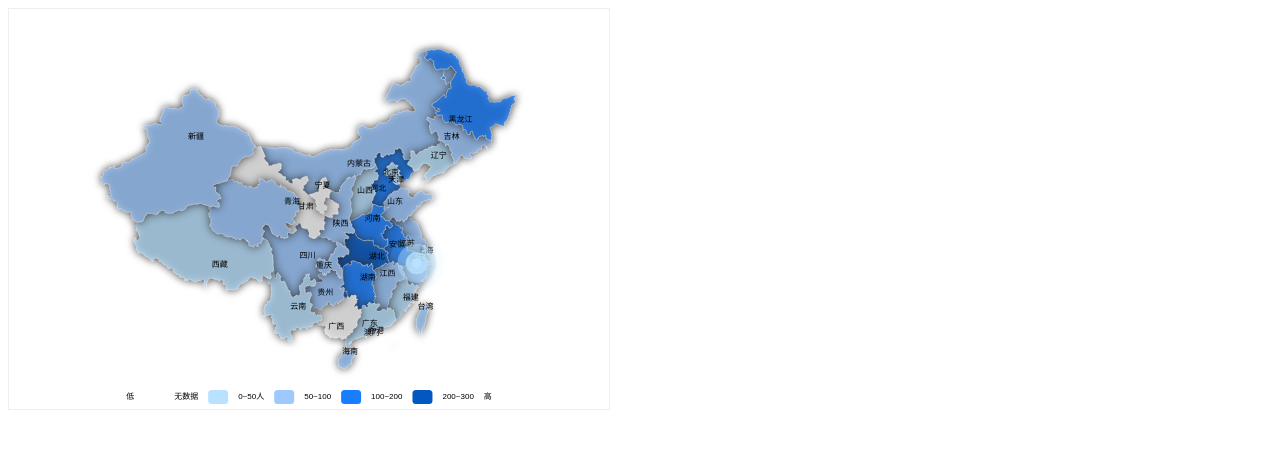
Repository: 572031690/echartssimple
Page: 21.地图常见效果_地图和散点图结合.html
These files come from the project's save history. The page is drawn as it stood at one moment and after the next save; the edit follows.
The browser window is 1280 px wide. The pictures show the whole page.

Above is the page before, as saved 2021-08-11 14:04:13.

After the next save:
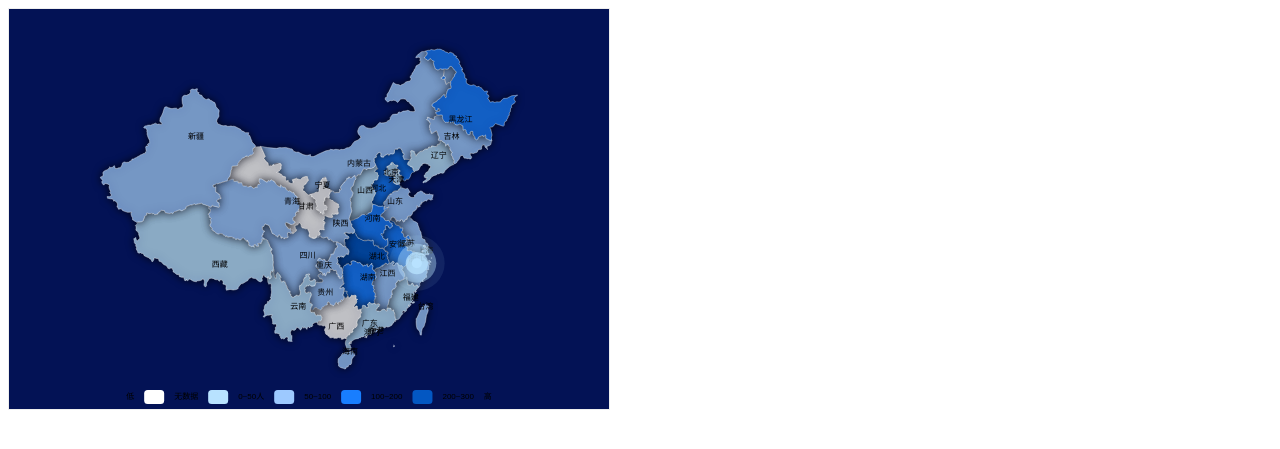
Saved 18 min 59 s later.
--- a/21.地图常见效果_地图和散点图结合.html
+++ b/21.地图常见效果_地图和散点图结合.html
@@ -11,7 +11,7 @@
 </head>
 
 <body>
-  <div style="width: 600px;height:400px;background-color:white;border: 1px solid #eee;"></div>
+  <div style="width: 600px;height:400px;background-color:#031255;border: 1px solid #eee;"></div>
 
   <script>
     //1. 给series下增加一个新的对象
